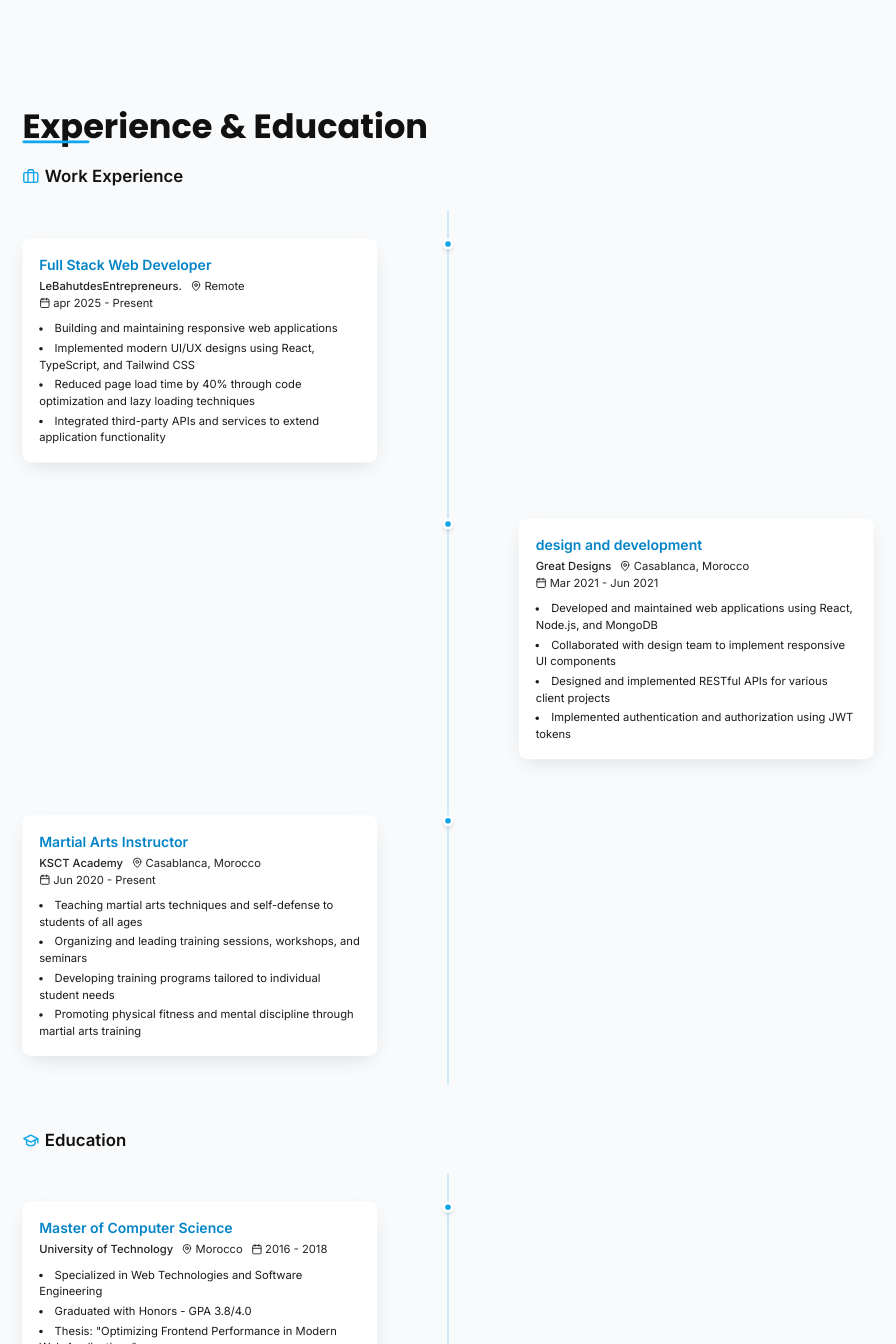
Repository: Abdelilah-Lakrim/Personal_Portfolio
Page: /
The author's editor kept a copy of each file at every save. The page is drawn from the files as they stood at one save, then again after a run of saves.
The browser window is 1280 px wide. The pictures show the part of the page from y = 3911 to 5831 px (the page is 7929 px tall), at 70% of full size.
The project was rebuilt for these pictures with package versions that can differ from the ones it lists, and the page was loaded fresh each time. Also part of the build but not shown: vite.config.ts.

Above is the page before, as saved 2025-05-21 12:44:39.

### index.html
<!doctype html>
<html lang="en">
  <head>
    <meta charset="UTF-8" />
    <link rel="icon" type="image/svg+xml" href="/favicon.svg" />
    <meta name="viewport" content="width=device-width, initial-scale=1.0" />
    <meta name="description" content="Abdelilah Lakrim - Full Stack Developer Portfolio">
    <title>Abdelilah Lakrim | Full Stack Developer</title>
  </head>
  <body>
    <div id="root"></div>
    <script type="module" src="/src/main.tsx"></script>
  </body>
</html>

### src/App.tsx
import React, { useEffect, useState } from 'react';
import Header from './components/Header';
import Hero from './components/Hero';
import About from './components/About';
import Projects from './components/Projects';
import Experience from './components/Experience';
import Skills from './components/Skills';
import Contact from './components/Contact';
import Footer from './components/Footer';
import Cursor from './components/Cursor';
import ScrollToTop from './components/ScrollToTop';

// Import smooth scrolling
import Lenis from '@studio-freight/lenis';

function App() {
  const [mounted, setMounted] = useState(false);

  useEffect(() => {
    // Initialize smooth scrolling
    const lenis = new Lenis({
      duration: 1.2,
      easing: (t) => Math.min(1, 1.001 - Math.pow(2, -10 * t)),
      orientation: 'vertical',
      gestureOrientation: 'vertical',
      smoothWheel: true,
      smoothTouch: false,
      touchMultiplier: 2,
    });

    function raf(time: number) {
      lenis.raf(time);
      requestAnimationFrame(raf);
    }

    requestAnimationFrame(raf);

    // Add intersection observer for animation on scroll
    const observer = new IntersectionObserver(
      (entries) => {
        entries.forEach((entry) => {
          if (entry.isIntersecting) {
            entry.target.classList.add('animate-visible');
          }
        });
      },
      { threshold: 0.1 }
    );

    const hiddenElements = document.querySelectorAll('.animate-hidden');
    hiddenElements.forEach((el) => observer.observe(el));

    setMounted(true);

    return () => {
      // Cleanup
      hiddenElements.forEach((el) => observer.unobserve(el));
    };
  }, []);

  return (
    <div className="hidden-cursor min-h-screen bg-gray-50">
      {mounted && <Cursor />}
      <Header />
      <main>
        <Hero />
        <About />
        <Skills />
        <Projects />
        <Experience />
        <Contact />
      </main>
      <Footer />
      <ScrollToTop />
    </div>
  );
}

export default App;

### src/index.css
@import url('https://fonts.googleapis.com/css2?family=Inter:wght@300;400;500;600;700&family=Poppins:wght@500;600;700&display=swap');

@tailwind base;
@tailwind components;
@tailwind utilities;

:root {
  --cursor-color: rgba(14, 165, 233, 0.7);
}

* {
  margin: 0;
  padding: 0;
  box-sizing: border-box;
  scroll-behavior: smooth;
}

body {
  @apply bg-gray-50 text-dark-800 font-sans overflow-x-hidden;
}

/* Custom cursor styles */
.custom-cursor {
  position: fixed;
  width: 20px;
  height: 20px;
  border-radius: 50%;
  background-color: var(--cursor-color);
  transform: translate(-50%, -50%);
  pointer-events: none;
  z-index: 9999;
  mix-blend-mode: difference;
  transition: transform 0.2s ease-out, opacity 0.2s ease-out, width 0.2s ease-out, height 0.2s ease-out;
}

.custom-cursor.hover {
  width: 50px;
  height: 50px;
  opacity: 0.5;
}

.hidden-cursor {
  cursor: none;
}

/* Custom scrollbar */
::-webkit-scrollbar {
  width: 8px;
}

::-webkit-scrollbar-track {
  @apply bg-gray-100;
}

::-webkit-scrollbar-thumb {
  @apply bg-primary-500 rounded-full;
}

::-webkit-scrollbar-thumb:hover {
  @apply bg-primary-600;
}

/* Section styles */
.section-container {
  @apply max-w-7xl mx-auto px-4 sm:px-6 lg:px-8 py-20;
}

.section-title {
  @apply text-3xl md:text-4xl lg:text-5xl font-bold font-heading mb-8 text-dark-800 relative;
}

.section-title::after {
  content: '';
  @apply absolute bottom-0 left-0 w-24 h-1 bg-primary-500 mt-2 rounded-full;
}

/* Button styles */
.btn-primary {
  @apply px-6 py-3 bg-primary-500 text-white font-medium rounded-md shadow-md hover:bg-primary-600 transition-all duration-300 transform hover:-translate-y-1 focus:outline-none focus:ring-2 focus:ring-primary-400 focus:ring-opacity-50;
}

.btn-secondary {
  @apply px-6 py-3 bg-transparent border-2 border-primary-500 text-primary-500 font-medium rounded-md shadow-md hover:bg-primary-50 transition-all duration-300 transform hover:-translate-y-1 focus:outline-none focus:ring-2 focus:ring-primary-400 focus:ring-opacity-50;
}

/* 3D card effect */
.tilt-card {
  @apply relative overflow-hidden rounded-xl shadow-smooth bg-white p-6 transition-all duration-300 hover:shadow-neon;
  transform-style: preserve-3d;
  transform: perspective(1000px);
}

.skill-bar {
  @apply h-2 rounded-full bg-gray-200 overflow-hidden mt-2;
}

.skill-progress {
  @apply h-full bg-primary-500 rounded-full;
  transition: width 1.5s ease-in-out;
}

/* Animation classes */
.animate-hidden {
  opacity: 0;
  transform: translateY(30px);
}

.animate-visible {
  opacity: 1;
  transform: translateY(0);
  transition: opacity 0.8s ease, transform 0.8s ease;
}

/* Project card styles */
.project-card {
  @apply relative overflow-hidden rounded-xl shadow-smooth transition-all duration-300;
  transform-style: preserve-3d;
  transform: perspective(1000px);
}

.project-card img {
  @apply transition-all duration-500;
}

.project-card:hover img {
  @apply scale-105;
}

.project-card-content {
  @apply absolute inset-0 p-6 flex flex-col justify-end bg-gradient-to-t from-dark-900/80 to-transparent text-white opacity-0 transition-all duration-300;
}

.project-card:hover .project-card-content {
  @apply opacity-100;
}

/* Timeline styles */
.timeline-container {
  @apply relative;
}

.timeline-container::before {
  content: '';
  @apply absolute left-0 md:left-1/2 h-full w-0.5 bg-primary-200 transform md:-translate-x-1/2;
}

.timeline-item {
  @apply relative pt-10 pb-10;
}

.timeline-dot {
  @apply absolute left-0 md:left-1/2 w-4 h-4 rounded-full bg-primary-500 border-4 border-white shadow-md transform md:-translate-x-1/2 z-10;
}

.timeline-content {
  @apply ml-6 md:ml-0 md:w-5/12 p-6 bg-white rounded-xl shadow-smooth transition-all duration-300 hover:shadow-neon;
}

.timeline-item:nth-child(even) .timeline-content {
  @apply md:ml-auto md:mr-0;
}

.timeline-item:nth-child(odd) .timeline-content {
  @apply md:mr-auto md:ml-0;
}

### src/components/About.tsx
import React from 'react';
import { motion } from 'framer-motion';
import { Code, PaintBucket, Smartphone, Globe } from 'lucide-react';
import { Tilt } from 'react-tilt';

const tiltOptions = {
  max: 15,
  scale: 1.05,
  speed: 1000,
  glare: true,
  "max-glare": 0.1,
};

const About: React.FC = () => {
  const services = [
    {
      title: 'Web Development',
      icon: <Code className="w-10 h-10 text-primary-500" />,
      description:
        'Custom websites with clean code and modern frameworks. Specializing in React, Vue, and Node.js.',
    },
    {
      title: 'UI/UX Design',
      icon: <PaintBucket className="w-10 h-10 text-primary-500" />,
      description:
        'Creative designs that focus on user experience. Wireframing, prototyping, and implementing beautiful interfaces.',
    },
    {
      title: 'Mobile Development',
      icon: <Smartphone className="w-10 h-10 text-primary-500" />,
      description:
        'Native and cross-platform mobile apps for iOS and Android using React Native and Flutter.',
    },
    {
      title: 'E-Commerce Solutions',
      icon: <Globe className="w-10 h-10 text-primary-500" />,
      description:
        'Complete online shopping experiences from product catalogs to secure payment integrations.',
    },
  ];

  return (
    <section id="about" className="py-20">
      <div className="section-container">
        <motion.div
          initial={{ opacity: 0, y: 20 }}
          whileInView={{ opacity: 1, y: 0 }}
          viewport={{ once: true }}
          transition={{ duration: 0.8 }}
          className="animate-hidden"
        >
          <h2 className="section-title">About Me</h2>
          <div className="grid grid-cols-1 lg:grid-cols-2 gap-12 items-center">
            {/* About content */}
            <div>
              <p className="text-lg text-dark-700 mb-6">
                Hi there! I'm <span className="font-semibold text-primary-600">Abdelilah Lakrim</span>, a passionate Full Stack Developer based in Morocco with over 3 years of experience in creating beautiful, functional, and user-centered digital experiences.
              </p>
              <p className="text-lg text-dark-700 mb-6">
                With a strong foundation in both front-end and back-end technologies, I enjoy bringing ideas to life in the browser. My approach combines clean code, intuitive design, and performance optimization to deliver exceptional digital experiences.
              </p>
              <p className="text-lg text-dark-700 mb-8">
                When I'm not coding, you'll find me exploring new technologies, contributing to open-source projects, or enjoying nature. I'm always open to new challenges and opportunities to grow.
              </p>

              {/* Personal details */}
              <div className="grid grid-cols-1 md:grid-cols-2 gap-y-4 gap-x-8 mb-8">
                <div>
                  <h3 className="text-dark-800 font-semiboldi">Name:</h3>
                  <p>Abdelilah Lakrim</p>
                </div>
                <div>
                  <h3 className="text-dark-800 font-semibold">Email:</h3>
                  <p>lakrimabdelilah@gmail.com</p>
                </div>
                <div>
                  <h3 className="text-dark-800 font-semibold">Location:</h3>
                  <p>Casablanca, Morocco</p>
                </div>
                <div>
                  <h3 className="text-dark-800 font-semibold">Availability:</h3>
                  <p>Available for freelance</p>
                </div>
              </div>

              <a href="/abdelilah-lakrim-resume.pdf" className="btn-primary">
                Download Resume
              </a>
            </div>

            {/* Services */}
            <div className="grid grid-cols-1 sm:grid-cols-2 gap-4">
              {services.map((service, index) => (
                <Tilt key={index} options={tiltOptions}>
                  <div className="tilt-card h-full">
                    <div className="mb-4">{service.icon}</div>
                    <h3 className="text-xl font-semibold text-dark-800 mb-2">
                      {service.title}
                    </h3>
                    <p className="text-dark-600">{service.description}</p>
                  </div>
                </Tilt>
              ))}
            </div>
          </div>
        </motion.div>
      </div>
    </section>
  );
};

export default About;

### src/components/Experience.tsx
import React from 'react';
import { motion } from 'framer-motion';
import { Calendar, MapPin, Briefcase } from 'lucide-react';

interface ExperienceItem {
  id: number;
  position: string;
  company: string;
  location: string;
  duration: string;
  description: string[];
}

const Experience: React.FC = () => {
  const experiences: ExperienceItem[] = [
    {
      id: 1,
      position: 'Full Stack Web Developer',
      company: 'LeBahutdesEntrepreneurs.',
      location: 'Remote',
      duration: 'apr 2025 - Present',
      description: [
        'Building and maintaining responsive web applications',
        'Implemented modern UI/UX designs using React, TypeScript, and Tailwind CSS',
        'Reduced page load time by 40% through code optimization and lazy loading techniques',
        'Integrated third-party APIs and services to extend application functionality',
      ],
    },
    {
      id: 2,
      position: 'design and development',
      company: 'Great Designs',
      location: 'Casablanca, Morocco',
      duration: 'Mar 2021 - Jun 2021',
      description: [
        'Developed and maintained web applications using React, Node.js, and MongoDB',
        'Collaborated with design team to implement responsive UI components',
        'Designed and implemented RESTful APIs for various client projects',
        'Implemented authentication and authorization using JWT tokens',
      ],
    },
    {
      id: 3,
      position: 'Martial Arts Instructor',
      company: 'KSCT Academy',
      location: 'Casablanca, Morocco',
      duration: 'Jun 2020 - Present',
      description: [
        'Teaching martial arts techniques and self-defense to students of all ages',
        'Organizing and leading training sessions, workshops, and seminars',
        'Developing training programs tailored to individual student needs',
        'Promoting physical fitness and mental discipline through martial arts training',
      ],
    },
  ];

  const education = [
    {
      id: 1,
      degree: 'Master of Computer Science',
      institution: 'University of Technology',
      location: 'Morocco',
      duration: '2016 - 2018',
      description: [
        'Specialized in Web Technologies and Software Engineering',
        'Graduated with Honors - GPA 3.8/4.0',
        'Thesis: "Optimizing Frontend Performance in Modern Web Applications"',
      ],
    },
    {
      id: 2,
      degree: 'Bachelor of Computer Science',
      institution: 'Technical Institute',
      location: 'Morocco',
      duration: '2013 - 2016',
      description: [
        'Focused on Programming Languages and Web Development',
        'Graduated with Distinction - GPA 3.7/4.0',
        'Participated in several hackathons and coding competitions',
      ],
    },
  ];

  return (
    <section id="experience" className="py-20 bg-gray-50">
      <div className="section-container">
        <h2 className="section-title">Experience & Education</h2>

        {/* Work Experience */}
        <div className="mb-16">
          <h3 className="text-2xl font-semibold text-dark-800 mb-8 flex items-center">
            <Briefcase className="w-6 h-6 mr-2 text-primary-500" />
            Work Experience
          </h3>

          <div className="timeline-container">
            {experiences.map((exp, index) => (
              <motion.div
                key={exp.id}
                className="timeline-item"
                initial={{ opacity: 0, y: 50 }}
                whileInView={{ opacity: 1, y: 0 }}
                viewport={{ once: true, margin: "-100px" }}
                transition={{ duration: 0.5, delay: index * 0.1 }}
              >
                <div className="timeline-dot"></div>
                <div className="timeline-content">
                  <h4 className="text-xl font-semibold text-primary-600">{exp.position}</h4>
                  <div className="flex flex-wrap items-center text-dark-600 mt-1 mb-3">
                    <span className="font-medium mr-3">{exp.company}</span>
                    <span className="flex items-center mr-3">
                      <MapPin className="w-4 h-4 mr-1" />
                      {exp.location}
                    </span>
                    <span className="flex items-center">
                      <Calendar className="w-4 h-4 mr-1" />
                      {exp.duration}
                    </span>
                  </div>
                  <ul className="list-disc list-inside text-dark-700 space-y-1">
                    {exp.description.map((item, i) => (
                      <li key={i}>{item}</li>
                    ))}
                  </ul>
                </div>
              </motion.div>
            ))}
          </div>
        </div>

        {/* Education */}
        <div>
          <h3 className="text-2xl font-semibold text-dark-800 mb-8 flex items-center">
            <svg
              xmlns="http://www.w3.org/2000/svg"
              className="w-6 h-6 mr-2 text-primary-500"
              viewBox="0 0 24 24"
              fill="none"
              stroke="currentColor"
              strokeWidth="2"
              strokeLinecap="round"
              strokeLinejoin="round"
            >
              <path d="M22 10v6M2 10l10-5 10 5-10 5z"/>
              <path d="M6 12v5c0 2 2 3 6 3s6-1 6-3v-5"/>
            </svg>
            Education
          </h3>

          <div className="timeline-container">
            {education.map((edu, index) => (
              <motion.div
                key={edu.id}
                className="timeline-item"
                initial={{ opacity: 0, y: 50 }}
                whileInView={{ opacity: 1, y: 0 }}
                viewport={{ once: true, margin: "-100px" }}
                transition={{ duration: 0.5, delay: index * 0.1 }}
              >
                <div className="timeline-dot"></div>
                <div className="timeline-content">
                  <h4 className="text-xl font-semibold text-primary-600">{edu.degree}</h4>
                  <div className="flex flex-wrap items-center text-dark-600 mt-1 mb-3">
                    <span className="font-medium mr-3">{edu.institution}</span>
                    <span className="flex items-center mr-3">
                      <MapPin className="w-4 h-4 mr-1" />
                      {edu.location}
                    </span>
                    <span className="flex items-center">
                      <Calendar className="w-4 h-4 mr-1" />
                      {edu.duration}
                    </span>
                  </div>
                  <ul className="list-disc list-inside text-dark-700 space-y-1">
                    {edu.description.map((item, i) => (
                      <li key={i}>{item}</li>
                    ))}
                  </ul>
                </div>
              </motion.div>
            ))}
          </div>
        </div>
      </div>
    </section>
  );
};

export default Experience;

### src/components/Cursor.tsx
import React, { useEffect, useState } from 'react';

const Cursor: React.FC = () => {
  const [position, setPosition] = useState({ x: 0, y: 0 });
  const [hidden, setHidden] = useState(false);
  const [clicked, setClicked] = useState(false);
  const [hovering, setHovering] = useState(false);

  useEffect(() => {
    const updatePosition = (e: MouseEvent) => {
      setPosition({ x: e.clientX, y: e.clientY });
    };

    const handleMouseEnter = () => setHidden(false);
    const handleMouseLeave = () => setHidden(true);
    const handleMouseDown = () => setClicked(true);
    const handleMouseUp = () => setClicked(false);

    const handleLinkHover = () => setHovering(true);
    const handleLinkLeave = () => setHovering(false);

    // Add event listeners
    window.addEventListener('mousemove', updatePosition);
    document.body.addEventListener('mouseenter', handleMouseEnter);
    document.body.addEventListener('mouseleave', handleMouseLeave);
    window.addEventListener('mousedown', handleMouseDown);
    window.addEventListener('mouseup', handleMouseUp);

    // Add hover effect for links and buttons
    const interactiveElements = document.querySelectorAll('a, button, .tilt-card, .project-card');
    interactiveElements.forEach(el => {
      el.addEventListener('mouseenter', handleLinkHover);
      el.addEventListener('mouseleave', handleLinkLeave);
    });

    return () => {
      window.removeEventListener('mousemove', updatePosition);
      document.body.removeEventListener('mouseenter', handleMouseEnter);
      document.body.removeEventListener('mouseleave', handleMouseLeave);
      window.removeEventListener('mousedown', handleMouseDown);
      window.removeEventListener('mouseup', handleMouseUp);

      interactiveElements.forEach(el => {
        el.removeEventListener('mouseenter', handleLinkHover);
        el.removeEventListener('mouseleave', handleLinkLeave);
      });
    };
  }, []);

  const cursorStyle = {
    left: `${position.x}px`,
    top: `${position.y}px`,
    transform: `translate(-50%, -50%) scale(${clicked ? 0.8 : 1})`,
    opacity: hidden ? 0 : 1,
  };

  const cursorClass = `custom-cursor ${hovering ? 'hover' : ''}`;

  return <div className={cursorClass} style={cursorStyle}></div>;
};

export default Cursor;

### src/components/ScrollToTop.tsx
import React, { useEffect, useState } from 'react';
import { ArrowUp } from 'lucide-react';

const ScrollToTop: React.FC = () => {
  const [isVisible, setIsVisible] = useState(false);

  useEffect(() => {
    const toggleVisibility = () => {
      if (window.scrollY > 500) {
        setIsVisible(true);
      } else {
        setIsVisible(false);
      }
    };

    window.addEventListener('scroll', toggleVisibility);

    return () => window.removeEventListener('scroll', toggleVisibility);
  }, []);

  const scrollToTop = () => {
    window.scrollTo({
      top: 0,
      behavior: 'smooth',
    });
  };

  return (
    <button
      onClick={scrollToTop}
      className={`fixed bottom-8 right-8 p-3 rounded-full bg-primary-500 text-white shadow-lg hover:bg-primary-600 transition-all duration-300 z-50 ${
        isVisible ? 'opacity-100 translate-y-0' : 'opacity-0 translate-y-10 pointer-events-none'
      }`}
      aria-label="Scroll to top"
    >
      <ArrowUp className="w-6 h-6" />
    </button>
  );
};

export default ScrollToTop;

Loaded but not shown: src/main.tsx (common file); tailwind.config.js (95 lines, source omitted); src/components/Projects.tsx (249 lines, source omitted); src/components/Contact.tsx (241 lines, source omitted); src/components/Hero.tsx (178 lines, source omitted); src/components/Footer.tsx (154 lines, source omitted); src/components/Skills.tsx (161 lines, source omitted); src/components/Header.tsx (145 lines, source omitted)

After the next 2 saves:
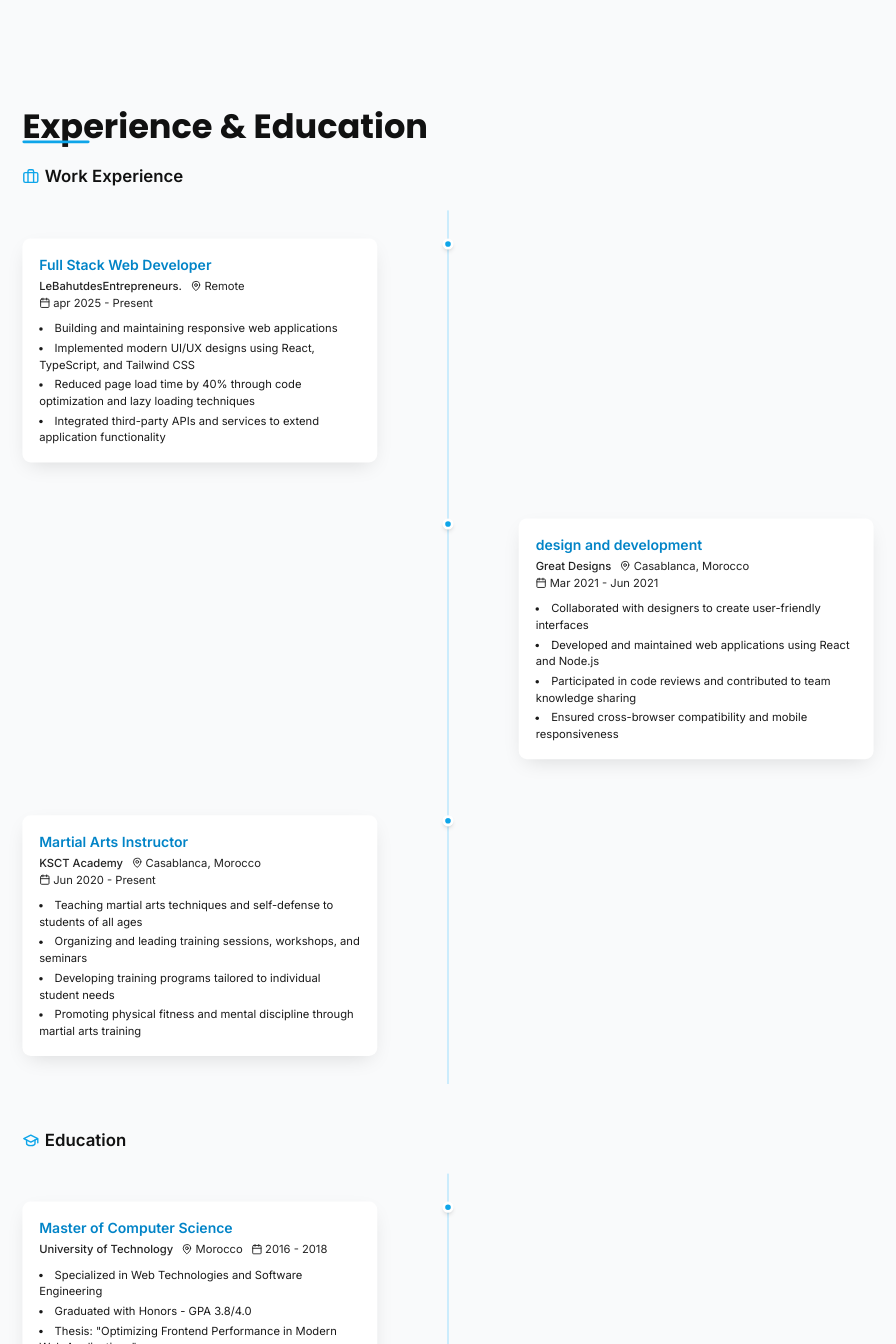
The 2 saves are shown as one change because they came seconds apart.
The last was saved 7 s later.
--- a/src/components/Experience.tsx
+++ b/src/components/Experience.tsx
@@ -33,10 +33,10 @@ const Experience: React.FC = () => {
       location: 'Casablanca, Morocco',
       duration: 'Mar 2021 - Jun 2021',
       description: [
-        'Developed and maintained web applications using React, Node.js, and MongoDB',
-        'Collaborated with design team to implement responsive UI components',
-        'Designed and implemented RESTful APIs for various client projects',
-        'Implemented authentication and authorization using JWT tokens',
+        'Collaborated with designers to create user-friendly interfaces',
+        'Developed and maintained web applications using React and Node.js',
+        'Participated in code reviews and contributed to team knowledge sharing',
+        'Ensured cross-browser compatibility and mobile responsiveness',
       ],
     },
     {
